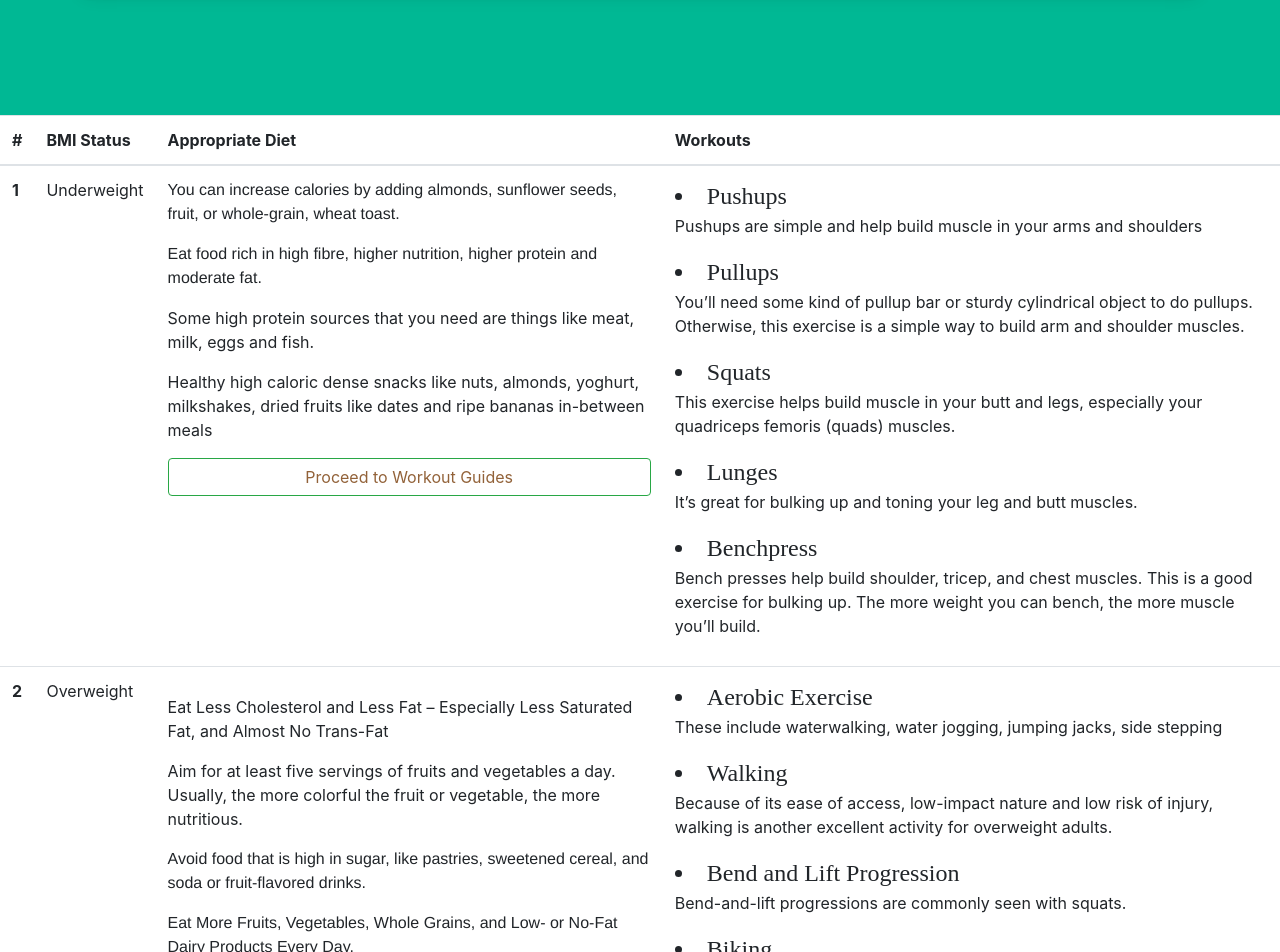
Repository: LaukeyMwaura/Fittylife-php
Page: http://localhost/bmi.php
These files come from the project's save history. The page is drawn as it stood at one moment and after the next save; the edit follows.
The browser window is 1280 px wide. The pictures show the part of the page from y = 1044 to 1996 px (the page is 2243 px tall).
Some web fonts or font styles are not loaded; a fallback is used. The page is run by PHP 8.4 with error messages shown; the project is at /var/www/html/.

Above is the page before, as saved 2022-03-21 12:45:18.

### bmi.php
<!doctype html>
<html lang="en">

<head>
    <title>fitylife</title>
    <!-- Required meta tags -->
    <meta charset="utf-8">
    <meta name="viewport" content="width=device-width, initial-scale=1, shrink-to-fit=no">

    <!-- Bootstrap CSS -->
    <link rel="stylesheet" href="https://stackpath.bootstrapcdn.com/bootstrap/4.3.1/css/bootstrap.min.css"
        integrity="sha384-ggOyR0iXCbMQv3Xipma34MD+dH/1fQ784/j6cY/iJTQUOhcWr7x9JvoRxT2MZw1T" crossorigin="anonymous">
    <link href="https://fonts.googleapis.com/css?family=Kaushan+Script&display=swap" rel="stylesheet">
    <link rel="stylesheet" type="text/css" href="../css/bmi.css">
</head>

<body>
    <ul class="nav justify-content-center">
        <li class="nav-item">
            <a class="nav-link active" href="./index.php">Home</a>
        </li>
        <li class="nav-item">
            <a class="nav-link" href="./bmi.php">BMI</a>
        </li>
        <li class="nav-item">
            <a class="nav-link" href="./routine.php">Routine</a>
        </li>
        <li class="nav-item">
            <a class="nav-link" href="./review.php">Reviews</a>
        </li>
    </ul>




    <div id="carouselId" class="carousel slide container" data-ride="carousel">
        <ol class="carousel-indicators">
            <li data-target="#carouselId" data-slide-to="0" class="active"></li>
            <li data-target="#carouselId" data-slide-to="1"></li>
            <li data-target="#carouselId" data-slide-to="2"></li>
        </ol>
        <div class="carousel-inner" role="listbox">
            <div class="carousel-item active">
                <img src="https://bit.ly/3cwATPU" alt="Second slide">

                <div class="carousel-caption d-none d-md-block">
                    <h3>Eat well</h3>
                    <p>Food and alot of water</p>

                </div>
            </div>
            <div class="carousel-item">
                <img src="https://bit.ly/2vvJDFq" alt="First slide">
                <div class="carousel-caption d-none d-md-block">


                    <h3> gym</h3>
                    <p>No pain no gain</p>
                </div>
            </div>
            <div class="carousel-item">
                <img src="https://bit.ly/2TmXU08" alt="Third slide">
                <div class="carousel-caption d-none d-md-block">
                    <h3>Live Happy</h3>
                    <p>Be happy and get sleep</p>
                </div>
            </div>
        </div>
        <a class="carousel-control-prev" href="#carouselId" role="button" data-slide="prev">
            <span class="carousel-control-prev-icon" aria-hidden="true"></span>
            <span class="sr-only">Previous</span>
        </a>
        <a class="carousel-control-next" href="#carouselId" role="button" data-slide="next">
            <span class="carousel-control-next-icon" aria-hidden="true"></span>
            <span class="sr-only">Next</span>
        </a>
    </div>

    <div class="bmi">
        <section class="container">
            <div class="panel">
                <h2 class="text-center" style="font-family: 'Kaushan Script', cursive; color:white;">Check your BMI</h2>
                <p id="introText" align="center">Enter your weight and height below to check your BMI results</p>


                <form class="form">
                    <div id="weightInput">
                        <label for="inputName" class="col-sm-1-12 col-form-label">Put your weight in here (KG)</label>
                        <input id="weight" type="number" required pattern="[0-9]*" name="a" />
                    </div>
                    <br><br><br>
                    <div id="heightInput"> <br><br><br>
                        <label for="inputName" class="col-sm-1-12 col-form-label">And your height in here (CM)</label>
                        <input id="height" type="number" pattern="[0-9]*" name="b" />
                    </div> <br><br>
                    <div id="results" align="center">Your BMI results will appear here</div><br>
                    <button type="button" onclick="calculate()">Calculate BMI</button>

                </form>
            </div>
        </section><br>
    </div>

    <table class="table" id="section-c">
        <thead>
            <tr>
                <th scope="col">#</th>
                <th scope="col">BMI Status</th>
                <th scope="col">Appropriate Diet</th>
                <th scope="col">Workouts</th>
            </tr>
        </thead>
        <tbody>
            <tr>
                <th scope="row">1</th>
                <td>Underweight</td>
                <td>

                    <p id="cool">You can increase calories by adding almonds, sunflower seeds, fruit, or
                        whole-grain, wheat
                        toast.</p>

                    <p id="cool">Eat food rich in high fibre, higher nutrition, higher protein and moderate fat.</p>
                    <p id="cool"></p>Some high protein sources that you need are things like meat, milk, eggs and
                    fish. </p>
                    <p id="cool"></p>Healthy high caloric dense snacks like nuts, almonds, yoghurt, milkshakes,
                    dried fruits like
                    dates and ripe bananas in-between meals </p>
                    <a href="./routine.php"><button id="checkoutBtn" class="btn btn-outline-success form-control">Proceed to
                            Workout Guides</a></button>
                </td>
                <td>
                    <li>Pushups</li>
                    <p>Pushups are simple and help build muscle in your arms and shoulders</p>
                    <li>Pullups</li>
                    <p>You’ll need some kind of pullup bar or sturdy cylindrical object to do pullups.
                        Otherwise, this exercise is a simple way to build arm and shoulder muscles.</p>
                    <li>Squats</li>
                    <p>This exercise helps build muscle in your butt and legs, especially your quadriceps femoris
                        (quads) muscles.</p>
                    <li>Lunges</li>
                    <p>It’s great for bulking up and toning your leg and butt muscles.</p>
                    <li>Benchpress</li>
                    <p>Bench presses help build shoulder, tricep, and chest muscles.
                        This is a good exercise for bulking up. The more weight you can bench, the more muscle
                        you’ll build.</p>
                </td>
            </tr>
            <tr>
                <th scope="row">2</th>
                <td>Overweight</td>
                <td>
                    <p id="cool"></p>Eat Less Cholesterol and Less Fat – Especially Less Saturated Fat, and Almost
                    No Trans-Fat
                    </li>
                    <p id="cool"></p>Aim for at least five servings of fruits and vegetables a day. Usually, the
                    more colorful
                    the fruit or vegetable, the more nutritious. </p>
                    <p id="cool">Avoid food that is high in sugar, like pastries, sweetened cereal, and soda or
                        fruit-flavored drinks.</p>
                    <p id="cool">Eat More Fruits, Vegetables, Whole Grains, and Low- or No-Fat Dairy Products Every
                        Day.</p>

                </td>
                <td>
                    <li>Aerobic Exercise</li>
                    <p>These include waterwalking, water jogging, jumping jacks, side stepping </p>
                    <li>Walking</li>
                    <p>Because of its ease of access, low-impact nature and low risk of injury,
                        walking is another excellent activity for overweight adults.</p>
                    <li>Bend and Lift Progression</li>
                    <p>Bend-and-lift progressions are commonly seen with squats.</p>
                    <li>Biking</li>
                    <p>Riding a bike is another way to feel light and reduce pressure on your joints while you
                        exercise.</p>
                    <li>Dancing</li>
                    <p>Dancing is an easy exercise to do at any weight, because it is fun and doesn't take any
                        particular skil</p>
                    <p>Dancing for at least an hour is guaranteed to burn calories</p>
                </td>
            </tr>
        </tbody>
    </table>


    </div>
    </div>






    <!-- Optional JavaScript -->
    <!-- jQuery first, then Popper.js, then Bootstrap JS -->
    <script src="https://code.jquery.com/jquery-3.3.1.slim.min.js"
        integrity="sha384-q8i/X+965DzO0rT7abK41JStQIAqVgRVzpbzo5smXKp4YfRvH+8abtTE1Pi6jizo"
        crossorigin="anonymous"></script>
    <script src="https://cdnjs.cloudflare.com/ajax/libs/popper.js/1.14.7/umd/popper.min.js"
        integrity="sha384-UO2eT0CpHqdSJQ6hJty5KVphtPhzWj9WO1clHTMGa3JDZwrnQq4sF86dIHNDz0W1"
        crossorigin="anonymous"></script>
    <script src="https://stackpath.bootstrapcdn.com/bootstrap/4.3.1/js/bootstrap.min.js"
        integrity="sha384-JjSmVgyd0p3pXB1rRibZUAYoIIy6OrQ6VrjIEaFf/nJGzIxFDsf4x0xIM+B07jRM"
        crossorigin="anonymous"></script>
    <script src="../js/bmi.js"></script>

</body>

</html>

### css/bmi.css
.carousel-inner img {
    text-align: center;
    width: 100%;
    height: 500px;
}
li{
    font-family: 'Kaushan Script', cursive;
    font-weight: 300;
    font-size: 150%;
}
a{
    color:#926239;
}
.jumbotron{
    background-color: #398892;
}
#cool{
    font-family: 'Franklin Gothic Medium', 'Arial Narrow', Arial, sans-serif;
}

.bmi{
    background: #00b894;

}
#for ,#weightInput,#heightInput{
    display: flex;
    align-items: center;
}
.footer {
    position: fixed;
    left: 0;
    bottom: 0;
    width: 100%;
    height: 5%;
    background-color:black;
    color: white;
    text-align: center;
 }
 .form {

  background: #FFFFFF;
  margin: 0 auto 100px;
  padding: 20px;
  text-align: center;
  box-shadow: 0 0 20px 0 rgba(0, 0, 0, 0.2), 0 5px 5px 0 rgba(0, 0, 0, 0.24);

}
.form input {
  font-family: "Roboto", sans-serif;
  outline: 0;
  background: #f2f2f2;
  width: 100%;
  border: 0;
  margin: 0 0 15px;
  padding: 15px;
  box-sizing: border-box;
  font-size: 14px;
}
.form button {
  font-family: "Roboto", sans-serif;
  text-transform: uppercase;
  outline: 0;
  background: #4CAF50;
  width: 100%;
    max-width: 200px;

  border: 0;
  padding: 15px;
  color: #FFFFFF;
  font-size: 14px;
  -webkit-transition: all 0.3 ease;
  transition: all 0.3 ease;
  cursor: pointer;
}
.form button:hover,.form button:active,.form button:focus {
  background: #43A047;
}

### js/bmi.js
function calculate() {
  weight = document.getElementById("weight").value;
  height = document.getElementById("height").value;
  error = "Please enter some values";
  height /= 100;//change to m
  height *= height; //height squared
  bmi = weight / height;
  bmi = bmi.toFixed(1);//decimal points
  if (bmi <= 18.4) {
    measure = "Your BMI is " + bmi + " which means " + "you are Underweight";
  } else if (bmi >= 18.5 && bmi <= 24.9) {
    measure = "Your BMI is " + bmi + " which means " + "You are Normal";
  } else if (bmi >= 25 && bmi <= 29.9) {
    measure = "Your BMI is " + bmi + " which means " + "You are Overweight";
  } else if (bmi >= 30) {
    measure = "Your BMI is " + bmi + " which means " + "You are Obese";
  }
  if (weight === 0) {
    document.getElementById("results").innerHTML = error;
  } else if (height === 0) {
    document.getElementById("results").innerHTML = error;
  } else {
    document.getElementById("results").innerHTML = measure;
  }
  if (weight < 0) {
    document.getElementById("results").innerHTML =
      "Negative Values not Allowed";
  }
}

After the next save:
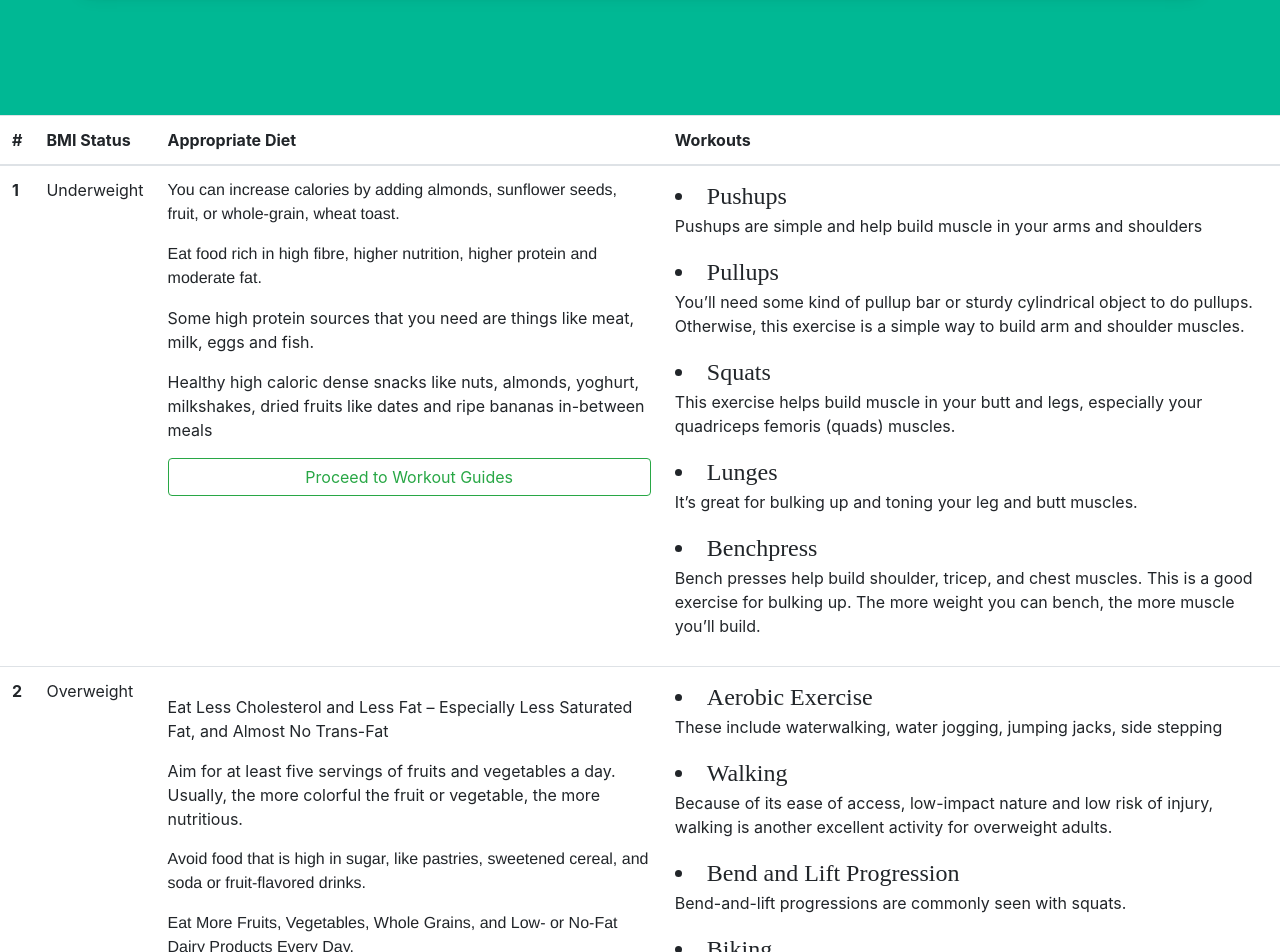
Saved 23 s later.
--- a/bmi.php
+++ b/bmi.php
@@ -127,7 +127,7 @@
                     dried fruits like
                     dates and ripe bananas in-between meals </p>
                     <a href="./routine.php"><button id="checkoutBtn" class="btn btn-outline-success form-control">Proceed to
-                            Workout Guides</a></button>
+                            Workout Guides</button></a>
                 </td>
                 <td>
                     <li>Pushups</li>
